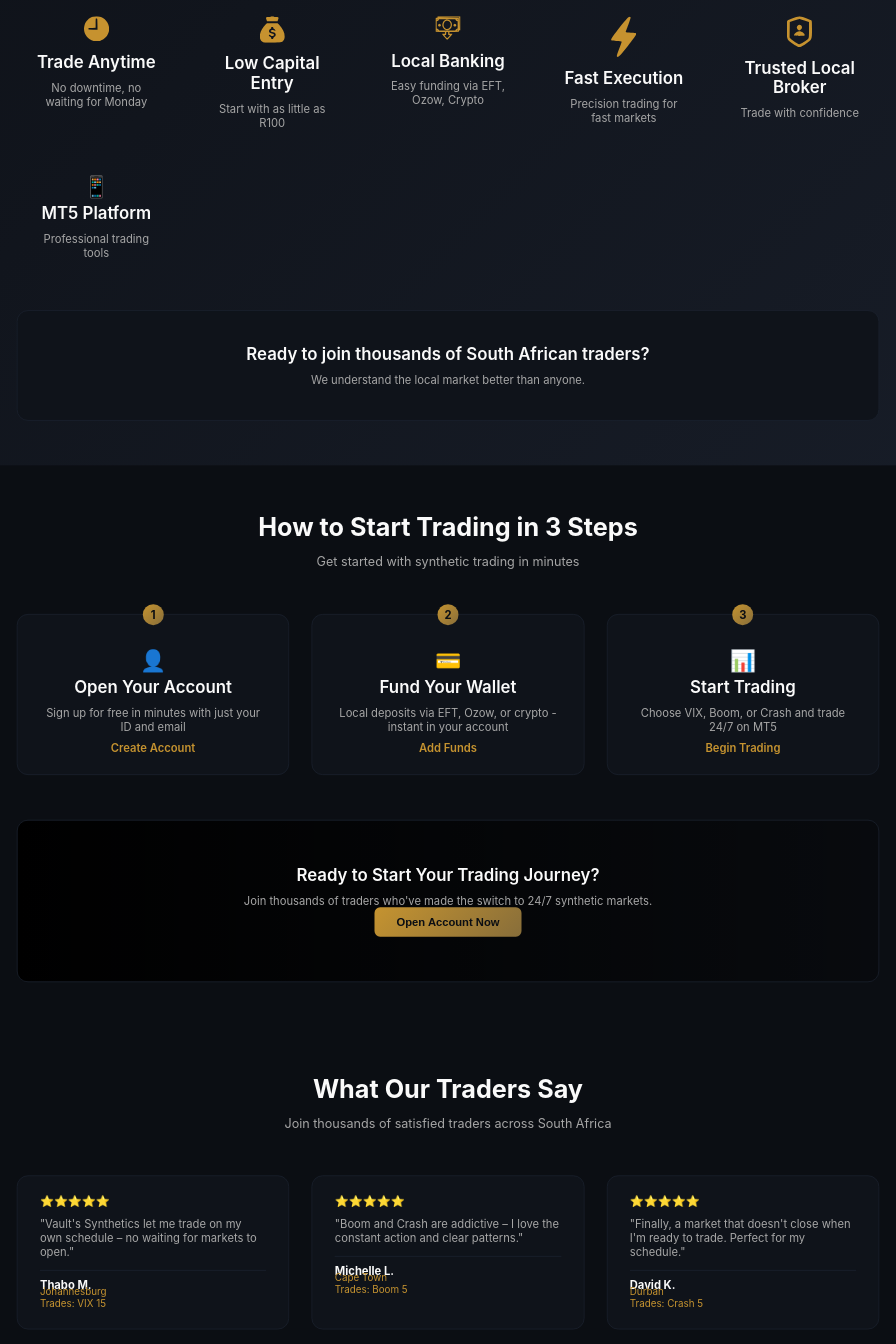
Repository: Jacques-Jaki-Morkel/VaultMarkets_Synthetics
Page: wp-copy/index.HTML
These files come from the project's save history. The page is drawn as it stood at one moment and after the next save; the edit follows.
The browser window is 1280 px wide. The pictures show the part of the page from y = 2003 to 3923 px (the page is 4787 px tall before and 4801 px after), at 70% of full size.

Above is the page before, as saved 2025-08-01 13:51:10.

After the next save:
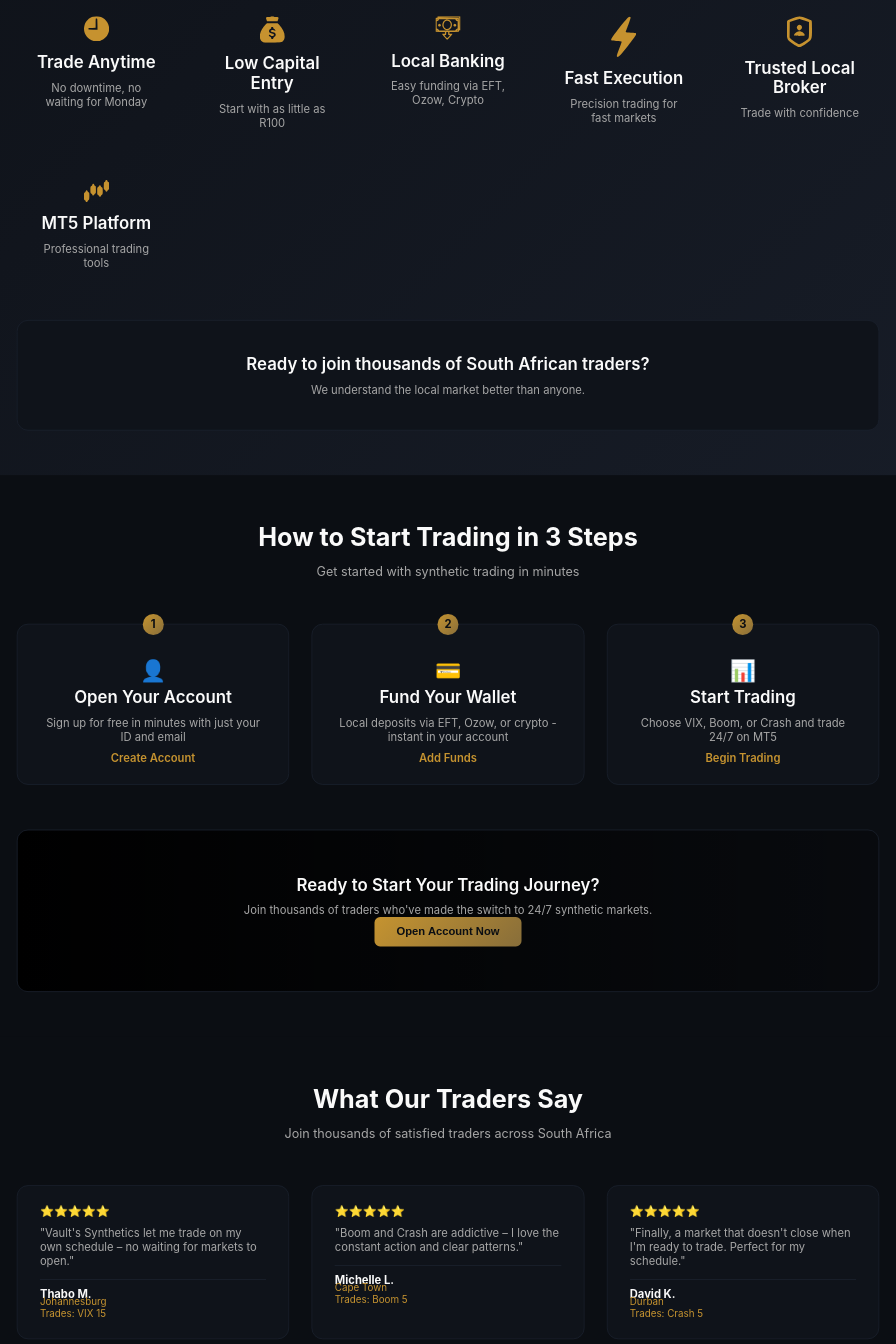
Saved 13 min 30 s later.
--- a/wp-copy/index.HTML
+++ b/wp-copy/index.HTML
@@ -157,7 +157,7 @@
                     <p>Trade with confidence</p>
                 </div>
                 <div class="vm-why-benefit">
-                    <div class="vm-why-icon">📱</div>
+                    <div class="vm-why-icon"><img class="icons-size" src="/assets/Icons/platform.svg"></div>
                     <h3>MT5 Platform</h3>
                     <p>Professional trading tools</p>
                 </div>
